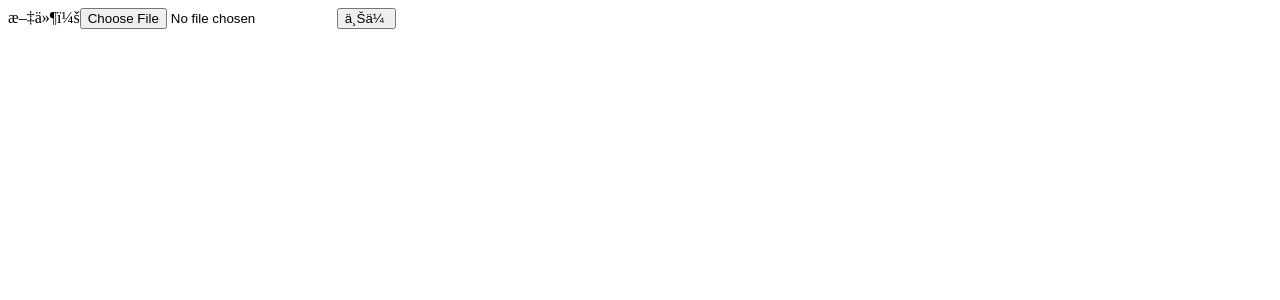
Repository: wjdxy172816/spring
Page: http://localhost/springMVC_demo/uploadFile.jsp
The author's editor kept a copy of each file at every save. The page is drawn from the files as they stood at one save, then again after the next save.
The browser window is 1280 px wide. The pictures show the whole page.
The page is served by Tomcat 9.

Above is the page before, as saved 2020-10-15 16:12:06.

After the next save:
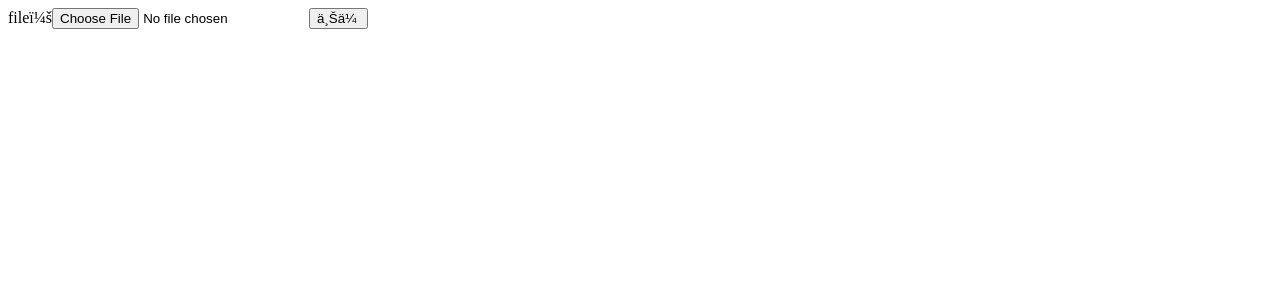
Saved 23 s later.
--- a/springMVC_demo/WebContent/uploadFile.jsp
+++ b/springMVC_demo/WebContent/uploadFile.jsp
@@ -9,7 +9,7 @@
 <body>
 	<!-- 指定编码方式为上传文案 -->
 	<form action="upload/fileUpload.action" enctype="multipart/form-data" method="post">
-		文件：<input type="file" name="uploadFile">
+		file：<input type="file" name="uploadFile">
 			<input type="submit" value="上传">
 	</form>
 </body>
